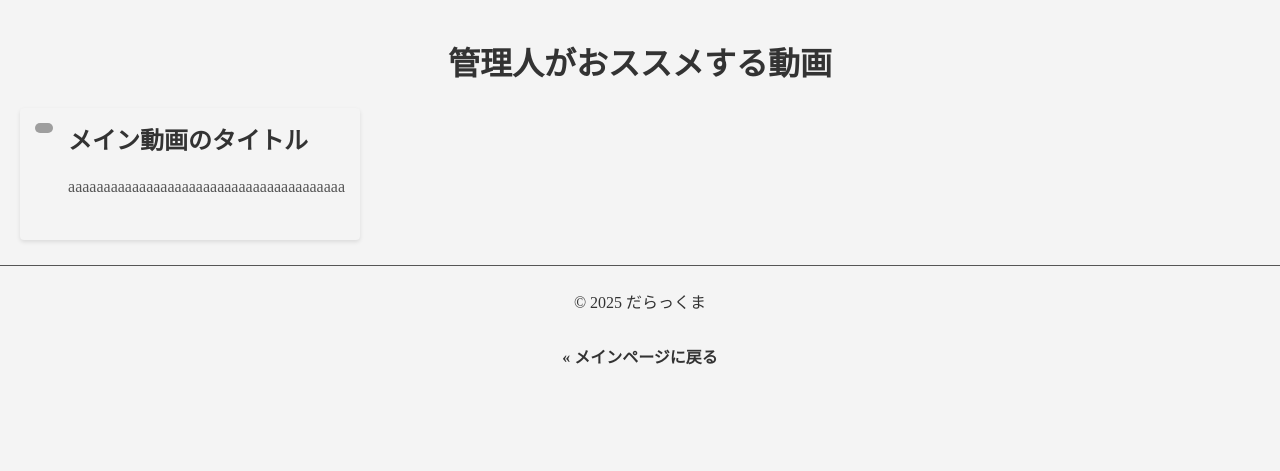
Repository: rydeen7907/html
Page: movie_link.html
An editor plug-in stored every save of this project. The page is shown before and after the next save, followed by the edit.
The browser window is 1280 px wide. The pictures show the whole page.
Pictures or frames that could not be fetched are drawn as grey boxes.

Above is the page before, as saved 2025-04-29 18:30:46.

After the next save:
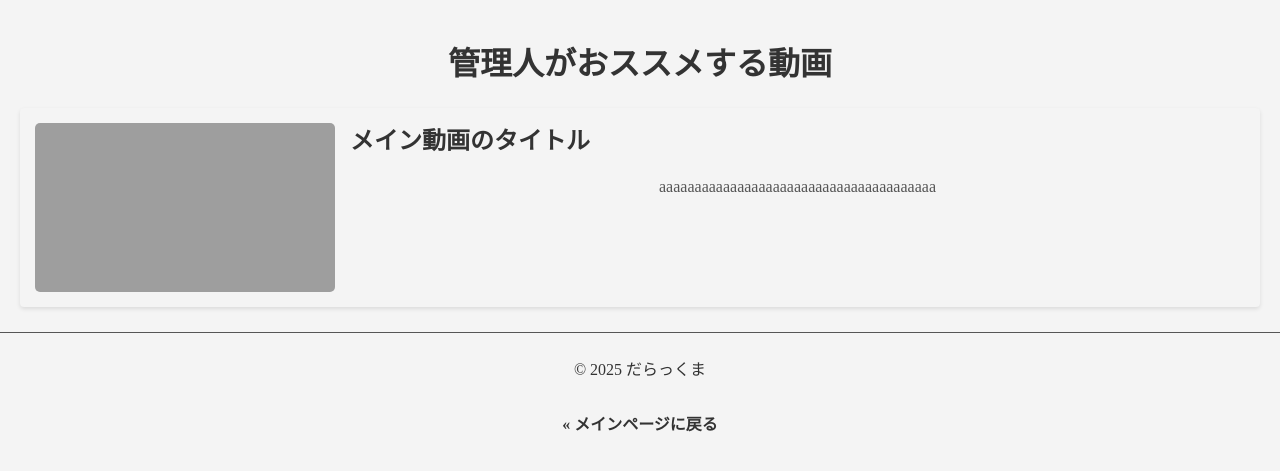
Saved 12 s later.
--- a/style.css
+++ b/style.css
@@ -250,7 +250,7 @@ a:focus { /* ホバーとフォーカス時に適用するスタイル */
     align-items: flex-start;
     gap: 15px;
     margin: 20px; /* 上下左右のマージン 左右はautoで中央寄せ */
-    max-width: 310px;
+    max-width: px;
     padding: 15px; /* 内側の余白 */
     background-color: var(--background-color); /* 背景色を薄いグレーに設定 */
     border-radius: 4px; /* 角を丸める*/
